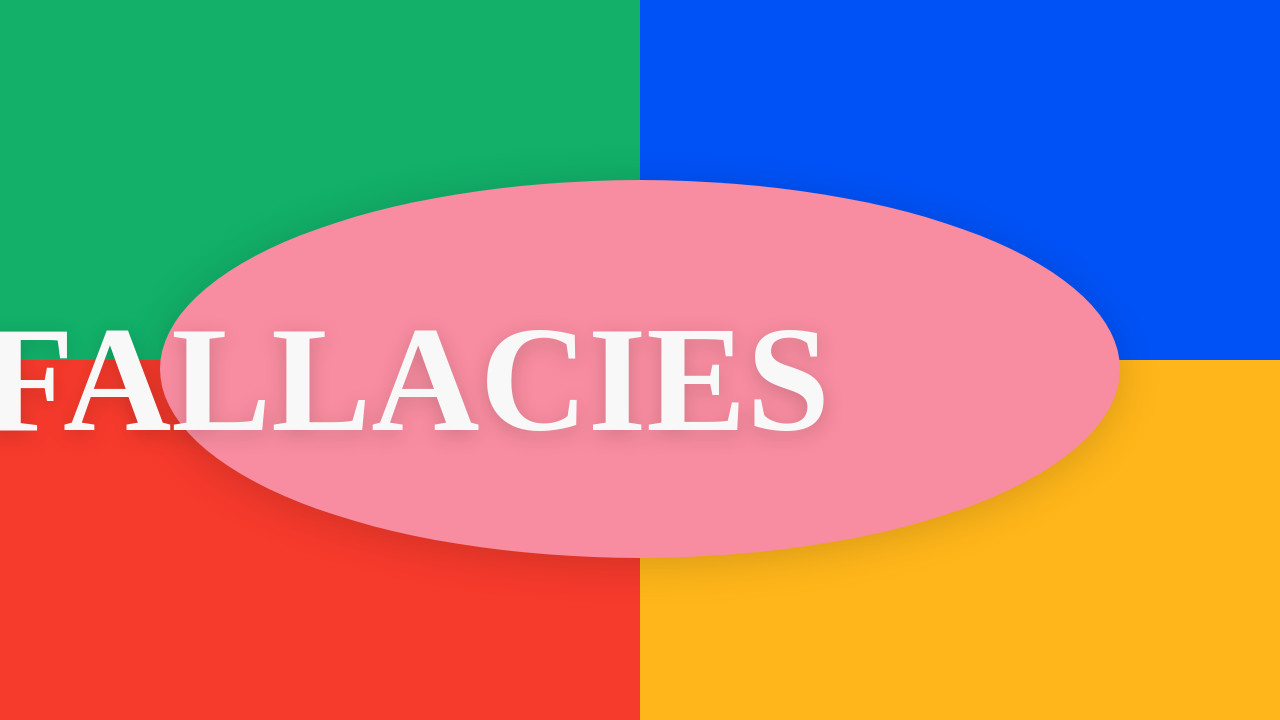
Repository: yafugray/fallacies
Page: project/Midterm project/index.html
These files come from the project's save history. The page is drawn as it stood at one moment and after the next save; the edit follows.
The browser window is 1280 px wide. The pictures show the whole page.

Above is the page before, as saved 2020-03-12 15:09:37.

### project/Midterm project/index.html
<!DOCTYPE html>
<html lang="en">
<head>
    <meta charset="UTF-8">
    <meta name="viewport" content="width=device-width, initial-scale=1.0">
    <title>Fallacies</title>
    <link href="app.css" rel="stylesheet">
</head>
<body>
    <div id="Mainpage">
        <div id="rec1"></div>
        <div id="rec2"></div>
        <div id="rec3"></div>
        <div id="rec4"></div>
        <div id="group1">
            <svg class="ellipse">
                <ellipse fill="rgba(248,140,160,1)" id="Ellipse_8" rx="75%" ry="75%" cx="50%" cy="75%">
                </ellipse>
            </svg>
            <div id="fallacies">
                <span>FALLACIES</span>
            </div>
        </div>
    </div>
</body>
</html>

### project/Midterm project/app.css
* {
    margin: 0;
    padding: 0;
    box-sizing: border-box;
    border: none;
}

#Mainpage {
    position: absolute;
    width: 100vw;
    height: 100vh;
    background-color: azure;
    overflow: hidden;
}
@keyframes fadein {

    0% {
        opacity: 0;
    }
    100% {
        opacity: 1;
    }

}

#rec1 {
	position: absolute;
	overflow: visible;
	width: 50vw;
	height: 50vh;
	left: 0px;
    top: 0px;
    background-color: rgba(18,176,105,1);
}
#rec4 {
	position: absolute;
	overflow: visible;
	width: 50vw;
	height: 50vh;
	left: 0px;
    bottom: 0px;
    background-color: rgba(246,58,44,1);
}
#rec2 {
	position: absolute;
	overflow: visible;
	width: 50vw;
	height: 50vh;
	right: 0px;
    top: 0px;
    background-color: rgba(0,82,247,1);
}
#rec3 {
	position: absolute;
	overflow: visible;
	width: 50vw;
	height: 50vh;
	right: 0px;
    bottom: 0px;
    background-color: rgba(255,182,26,1);
}

#group1 {
    position: absolute;
	width: 70vw;
	height: 35vh;
    left: 25%;
    right: 25%;
    top: 25%;
    bottom: 25%;
	overflow: visible;
	--web-animation: fadein 0.3s ease-out;
	--web-action-type: page;
	--web-action-target: custom___2.html;
	cursor: pointer;
}

.ellipse {
    filter: drop-shadow(0px 5px 20px rgba(0, 0, 0, 0.161));
	position: absolute;
	overflow: visible;
	width: 50vw;
	height: 35vh;
    left: 0px;
    right:0px;
    top: 0px;
    bottom: 0px;
}

#fallacies {
    filter: drop-shadow(0px 5px 10px rgba(0, 0, 0, 0.161));
    position: relative;
    align-items: center;
    justify-content: center;
    top: 45%;
    bottom: 45%;
    right: 40%;
    /* left: 25%; */
    width: 889px;
    overflow: visible;
    white-space: nowrap;
    text-align: center;
    font-family: TitlingGothicFB Narrow;
    font-style: normal;
    font-weight: bold;
    font-size: 150px;
    color: rgba(248,248,248,1);
}

After the next save:
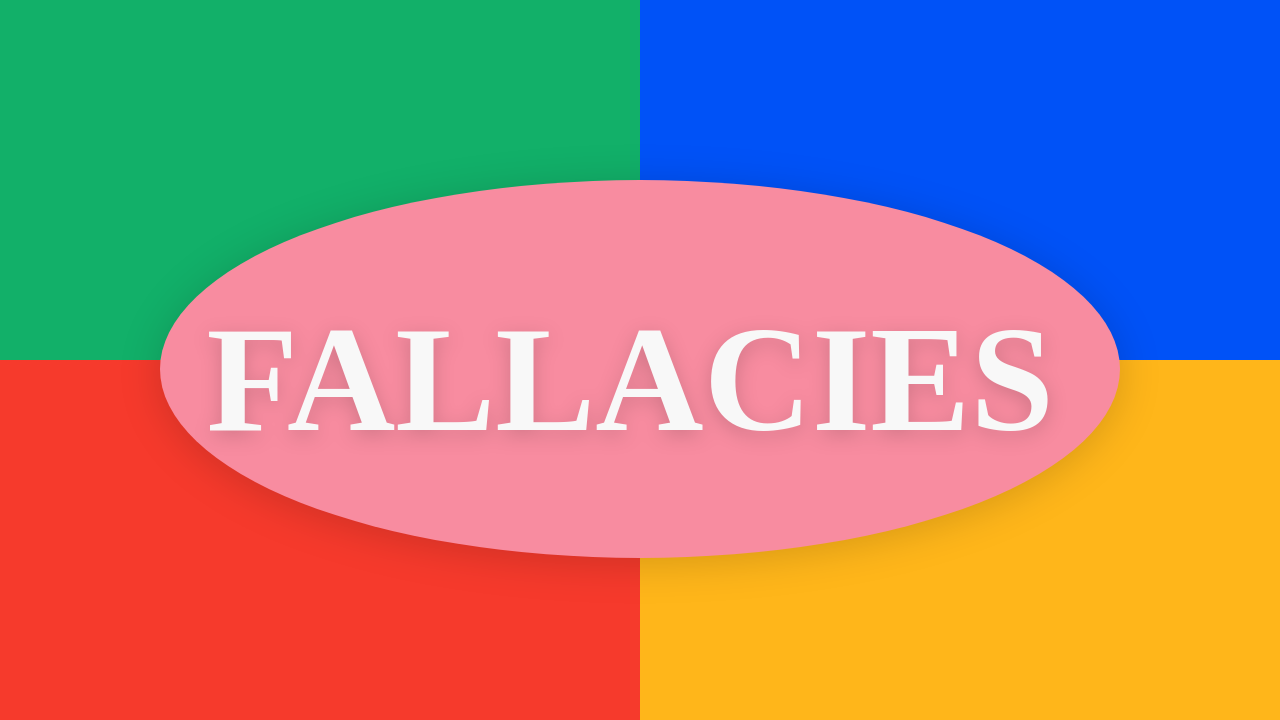
Saved 4 s later.
--- a/project/Midterm project/app.css
+++ b/project/Midterm project/app.css
@@ -94,7 +94,7 @@
     justify-content: center;
     top: 45%;
     bottom: 45%;
-    right: 40%;
+    right: 15%;
     /* left: 25%; */
     width: 889px;
     overflow: visible;
